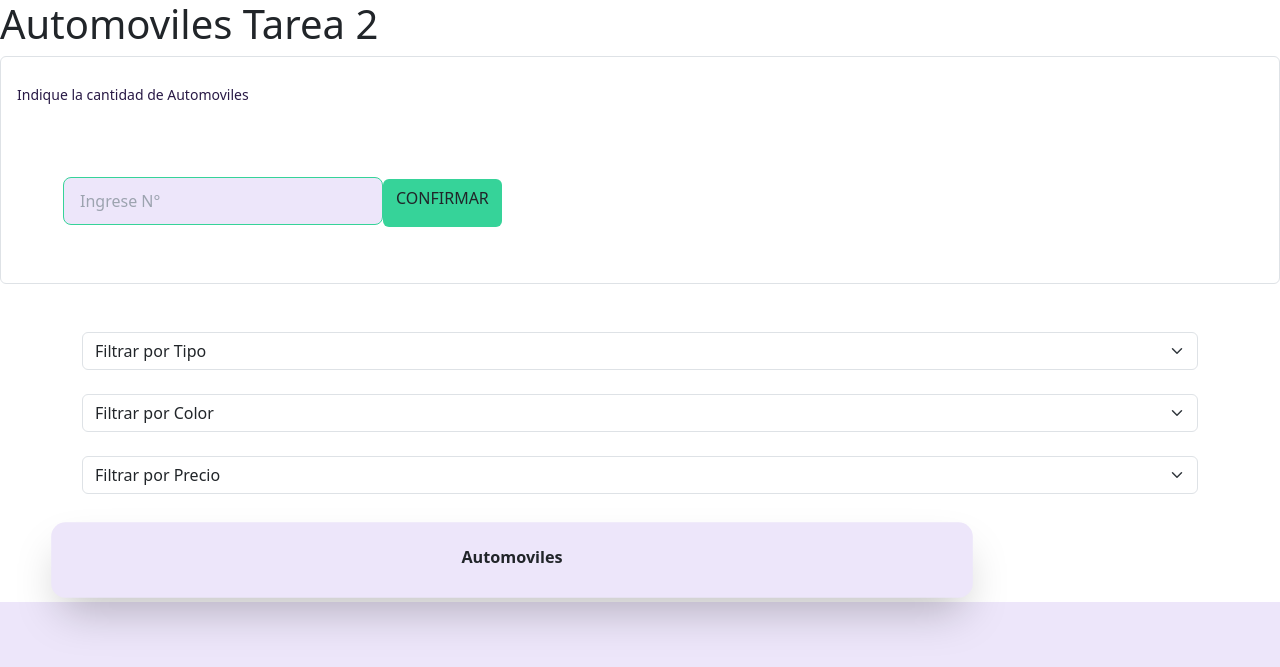
Repository: Claudioxs/Tarea2
Page: /automovil (app in FrontEnd/vue-project/)
An editor plug-in stored every save of this project. The page is shown before and after the next save, followed by the edit.
The browser window is 1280 px wide. The pictures show the whole page.
The project was rebuilt for these pictures with package versions that can differ from the ones it lists, and the page was loaded fresh each time. Also part of the build but not shown: FrontEnd/vue-project/vite.config.js, FrontEnd/vue-project/src/components/HelloWorld.vue.

Above is the page before, as saved 2023-05-22 23:46:48.

### FrontEnd/vue-project/src/main.js


import { createApp } from 'vue'
import App from './App.vue'
import router from './router'
import './style.css'
import 'bootstrap/dist/css/bootstrap.css'
import bootstrap from 'bootstrap/dist/js/bootstrap.bundle.js'

const app = createApp(App)

app.use(router,bootstrap)

app.mount('#app')

### FrontEnd/vue-project/src/App.vue
<script setup>
import { RouterLink, RouterView } from 'vue-router'
import HelloWorld from './components/HelloWorld.vue'
</script>

<template>

  <RouterView />
</template>

<style scoped>

</style>

### FrontEnd/vue-project/src/router/index.js
import { createRouter, createWebHistory } from 'vue-router'

import Automovil from '../views/Automovil.vue'

const router = createRouter({
  history: createWebHistory(import.meta.env.BASE_URL),
  routes: [

    {
      path: '/automovil',
      name: 'automovil',
      component: Automovil
    }
  ]
})

export default router

### FrontEnd/vue-project/src/views/Automovil.vue
<template>



<h1 >Automoviles Tarea 2</h1>

<div class="form-control ">
  <label class="label">
    <span class="label-text">Indique la cantidad de Automoviles </span>
    <br><br>

  </label>
 <div class="modal-start"  >
  <input type="number" placeholder="Ingrese N°" class="input input-bordered input-success w-full max-w-xs" />
    <label for="ModalBorrar"  @click="crearAutomovil(label-text)" class="btn" style="background-color: #36D399">Confirmar</label>
  </div>
</div>
<br><br>
<div class="container">

<select class="form-select" aria-label="Default select example" aria-expanded="false">
  <option selected>Filtrar por Tipo</option>
  <option value="1">Sedan</option>
  <option value="2">Camioneta</option>
  <option value="3">SUV</option>

</select> <br>
<select class="form-select" aria-label="Default select example">
  <option selected>Filtrar por Color</option>
  <option value="1">Rojo</option>
  <option value="2">Blanco</option>
  <option value="3">Negro</option>
  <option value="4">Azul</option>
  <option value="5">Amarillo</option>

</select> <br>
<select class="form-select" aria-label="Default select example">
  <option selected>Filtrar por Precio</option>
  <option value="1">10000000</option>
  <option value="1">20000000</option>
  <option value="2">30000000</option>

</select>
</div> <br>

<div class="modal-box w-11/12 max-w-5xl">

    <h3 class="font-bold text-lg" align="center">Automoviles</h3>



</div>




</template>

<style>
.container{
   margin-left: 5px;
   padding-right: 900px;

}
.modal-start{
padding: 50px;
}


</style>

<script>
import axios from 'axios'

export default {

  data: () => ({


  }),

  methods: {

    cearAutomovil(cant){
     axios({
       method: "GET",
       url: "http://localhost:8080/automovil/generate?cantidad="+cant,

       }).then((res) => {
        alert(
         "Automoviles creados"
        )
       }).catch((err) => console.log(err));
    },

    //filtramos por color
    filtrarColor(col){
      axios({
       method: "GET",
       url: "http://localhost:8080/automovil/buscarPorColor?color="+col,

       }).then((res) => {
        alert(
         "Periodo Añadido correctamente a asignatura"
        )
       }).catch((err) => console.log(err));
    }
   }

}

</script>

### FrontEnd/vue-project/tailwind.config.js
/** @type {import('tailwindcss').Config} */
module.exports = {
  daisyui: {
    themes: [
      {
        mytheme: {

            "primary": "#1D0027",

            "secondary": "#A181E2",

            "accent": "#37CDBE",

            "neutral": "#D9D9D9",

            "base-100": "#EDE6FA",

            "info": "#3ABFF8",

            "success": "#36D399",

            "warning": "#FBBD23",

            "error": "#F87272",
        },
      },
    ],
  },
  content: ["./index.html","./src/**/*.{vue,js,ts,jsx,tsx}"],
  theme: {
    extend: {},
  },
  plugins: [require("daisyui")],
}

Loaded but not shown: FrontEnd/vue-project/index.html (common file); FrontEnd/vue-project/src/style.css (common file)

After the next save:
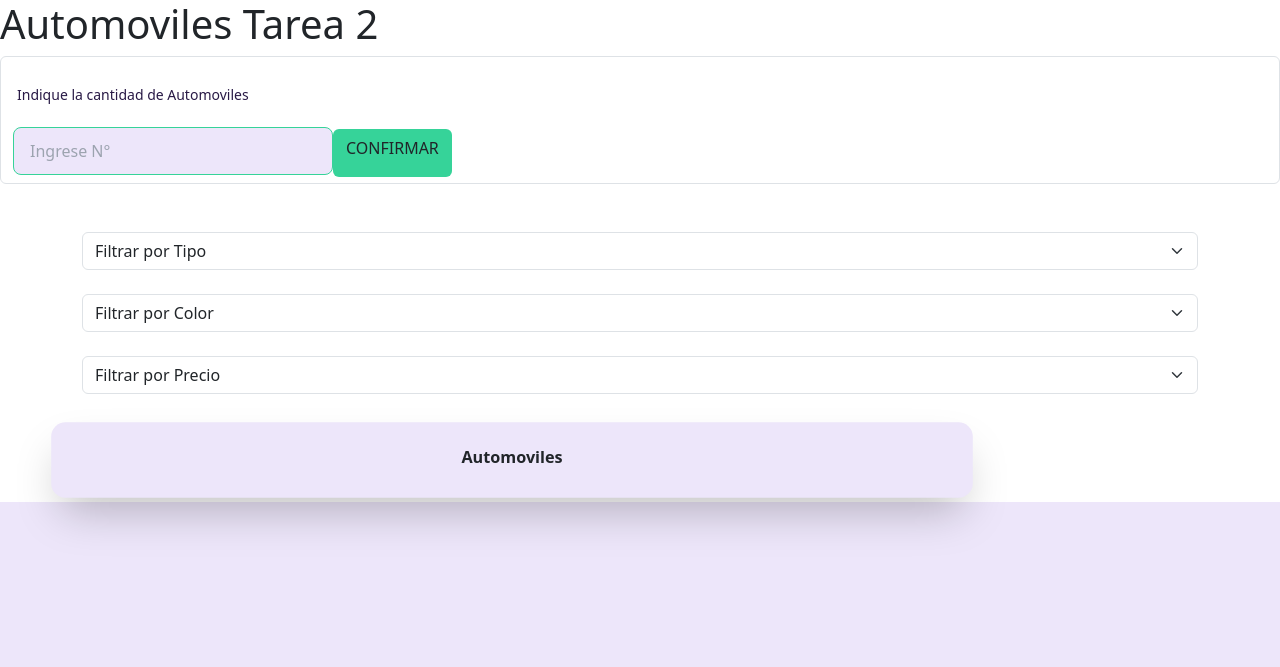
Saved 16 s later.
--- a/FrontEnd/vue-project/src/views/Automovil.vue
+++ b/FrontEnd/vue-project/src/views/Automovil.vue
@@ -63,7 +63,7 @@
 
 }
 .modal-start{
-padding: 50px;
+position: relative;
 }
 
 
